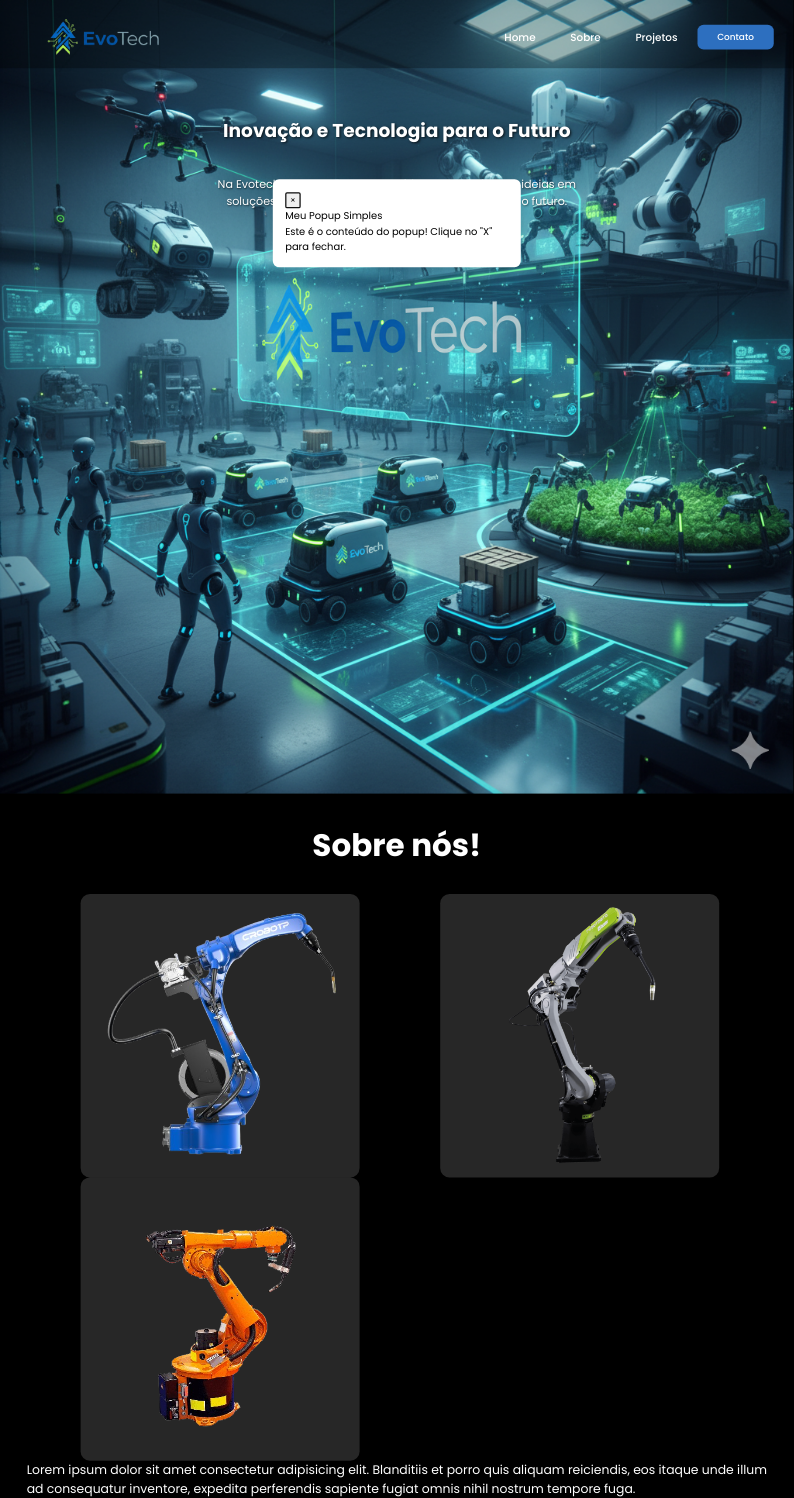
Repository: IsaacDEV10/EvoTech
Page: /, after clicking the first element matching `button.contact-btn`
These files come from the project's save history. The page is drawn as it stood at one moment and after a run of saves; the edit follows.
The browser window is 1280 px wide. The pictures show the whole page, at 62% of full size.
The project was rebuilt for these pictures with package versions that can differ from the ones it lists, and the page was loaded fresh each time. Also part of the build but not shown: vite.config.js, src/App.css.

Above is the page before, as saved 2025-10-23 08:20:26.

### index.html
<!doctype html>
<html lang="en">
  <head>
    <meta charset="UTF-8" />
    <link rel="icon" type="image/svg+xml" href="/vite.svg" />
    <meta name="viewport" content="width=device-width, initial-scale=1.0" />
    <title>startup</title>
  </head>
  <body>
    <div id="root"></div>
    <script type="module" src="/src/main.jsx"></script>
  </body>
</html>

### src/index.css
@import url('https://fonts.googleapis.com/css2?family=Poppins:ital,wght@0,100;0,200;0,300;0,400;0,500;0,600;0,700;0,800;0,900;1,100;1,200;1,300;1,400;1,500;1,600;1,700;1,800;1,900&display=swap');

* {
  font-family: "poppins", sans-serif;
  margin: 0;
  box-sizing: border-box;
}

body {
  background: black ;

}

### src/App.jsx
import React from 'react';
import './App.css';
import Header from './components/Header/header';
import Hero from './components/Hero/hero';
import About from './components/About/about';




const App = () => {
  return (
    <>
      <Header />
      <Hero />
      <About/>

    </>
  );
}

export default App;

### src/components/Header/header.jsx
import React from 'react'
import './header.css'
import logo from '../../assets/evotech.png'
import Contact from '../Contact/contact'


const Header = () => {
  return (
    <nav className='nav-wrapper'>
        <div className='nav-content'>
            <img className='logo' src={logo} alt="" />
            <ul>
                <li>
                    <a className='menu-item' href="">Home</a>
                </li>

                <li>
                    <a className='menu-item' href="">Sobre</a>
                </li>

                <li>
                    <a className='menu-item' href="">Projetos</a>
                </li>
                <Contact/>
            </ul>
        </div>
    </nav>
  )
}

export default Header

### src/components/Hero/hero.jsx
import React from "react";
import "./hero.css";
import heroImage from "../../assets/bg-evotech.png";

const Hero = () => {
  return (
    <section className="hero-container" id="home">
        <div className="hero-content">
            <img className="img-bg" src={heroImage} alt="hero" />
        </div>
        <div className="description">
            <h1>
                Inovação e Tecnologia para o Futuro
            </h1>
            <p>
                Na Evotech, estamos comprometidos em transformar ideias em soluções tecnológicas inovadoras que impulsionam o futuro. Junte-se a nós nessa jornada de inovação!
            </p>
        </div>
    </section>
  );
};

export default Hero;

### src/components/About/about.jsx
import React from "react";
import "./about.css";
import Robo1 from "../../assets/robo-1.png"
import Robo2 from "../../assets/robo-2.png"
import Robo3 from "../../assets/robo-3.png"

const About = () => {
    return (
        <section className="about-container" id="home">
            <div className="about-content">
                <h1>
                    Sobre nós!
                </h1>
                <div className="img-about">
                    <img src={Robo1} alt="robo" />
                </div>
                <div className="img-about">
                    <img src={Robo2} alt="robo" />
                </div>
                <div className="img-about">
                    <img src={Robo3} alt="robo" />
                </div>
                <div className="about-body">
                    <p>
                        Lorem ipsum dolor sit amet consectetur adipisicing elit. Blanditiis et porro quis aliquam reiciendis, eos itaque unde illum <br />ad consequatur inventore, expedita perferendis sapiente fugiat omnis nihil nostrum tempore fuga.
                    </p>
                </div>
            </div>
        </section>
    );
};

export default About;

### src/components/Header/header.css
.nav-wrapper {
    width: 100%;
    height: 110px;
    background-color: rgba(0, 0, 0, 0.293);
    padding: 5px;
    position: fixed;
    top: 0;
    z-index: 30;
}

.nav-content {
    max-width: 1850px;
    height: 120px;
    display: flex;
    align-items: center;
    justify-content: space-between;

}

.logo {
    width: 270px;
    height: auto;
}

.nav-content ul {
    display: flex;
    align-items: center;
    gap: 0.5rem;
    list-style: none;
}

.nav-content li {
    margin: 0 1.5rem;
}

.menu-item {
    text-decoration: none;
    font-size: 1.05rem;
    font-weight: 500;
    color: #ffff;
    position: relative;
    cursor: pointer;

}

.menu-item::before {
    content: " ";
    width: 2rem;
    height: 0.2rem;
    background: #2D6FBF;
    border-radius: 10px;
    position: absolute;
    bottom: -0.6rem;
    opacity: 0;
    transform: translateX(-1.5rem);
    transition: all 0.3s ease;
}

.menu-item:hover::before {
    width: 100%;
    transform: translateX(0);
    opacity: 1;
}

.contact-btn {
    font-size: 0.9rem;
    font-weight: 500;
    display: flex;
    align-items: center;
    justify-content: center;
    color: #fff;
    background:#2D6FBF;
    padding: 0.6rem 2rem;
    border: none;
    outline: 1.5px solid transparent;
    border-radius: 10px;
    cursor: pointer;
    transition: all 0.3s ease;
}

.contact-btn a {
    text-decoration: none;
    color: #fff;
}

.contact-btn:hover {
    color: black;
    background: #76F014;
    outline: 1.5px solid black;
}

.menu-btn {
    width: 2.5rem;
    height: 2.5rem;
    font-size: 1.5rem;
    display: flex;
    align-items: center;
    justify-content: center;
    color: #fff;
    border: none;
    border-radius: 0.4rem;
    background: linear-gradient(90deg, #6791fb 0%, #1e25ac 100%);
    line-height: 0;
    cursor: pointer;
    transition: all 0.4s ease;
    display: none;
}

.menu-btn:hover {
    color: #6791fb;
    background: #76F014;
    border: 1px solid transparent;
}

@media (max-width: 425px) {
    .logo {
        width: 100px;
        height: auto;
    }
    .nav-content ul {
        display: none;
        width: 100px;
    }
}

@media (max-width: 769px) {
    .menu-btn {
        display: block;
    }

    .nav-content ul {
        display: none;
        width: 100px;
    }
}

@media (max-width: 1325px) {
    .nav-wrapper {
        padding: 0 2rem;
    }
}

### src/components/Contact/contact.jsx
import React from 'react';
import Popup from 'reactjs-popup';
import './contact.css'

const Contact = () => (
  <Popup
    trigger={<button className="contact-btn"> Contato </button>}
    position="right center" // Posição onde o popup aparece
    modal // Faz com que ele se comporte como um modal (ocupa a tela toda)
  >
    {close => ( // O "close" é uma função para fechar o popup programaticamente
      <div className="modal">
        <button className="close" onClick={close}>
          &times;
        </button>
        <div className="header"> Meu Popup Simples </div>
        <div className="content">
          {' '}
          Este é o conteúdo do popup! Clique no "X" para fechar.
        </div>
      </div>
    )}
  </Popup>
);

export default Contact;

### src/components/Hero/hero.css
.hero-container {
    height: auto;
    width: 100%;
    position: relative;
    overflow: hidden;
}

.img-bg {
    width: 100%;
    height: 100%;
    object-fit: cover;
}

.description {
    position: absolute;
    top: 20%;
    left: 50%;
    transform: translate(-50%, -50%);
    display: flex;
    align-items: center;
    justify-content: center;
    flex-direction: column;
    color: #fff;
}

.description h1 {
    font-size: 30px;
    text-align: center;
    text-shadow: 2px 2px 4px rgba(0, 0, 0, 0.7);
}

.description p {
    font-size: 18px;
    margin-top: 10px;
    text-align: center;
    max-width: 600px;
    text-shadow: 1px 1px 3px rgba(0, 0, 0, 0.6);
}

### src/components/About/about.css

.about-container {
     height: auto;
    width: 100%;
    position: relative;
    overflow: hidden;
}

.about-body {
    display: flex;
    align-items: center;
    justify-content: center;
    flex-direction: column;
    color: #fff;
}

h1 {
    color: #ffff;
    font-size: 50px;
    display: flex;
    justify-content: center;
    margin-top: 40px;
    margin-bottom: 40px;

}

p {
    color: #ffff;
    font-size: 20px;
}

.img-about {
    display: inline-block;
    justify-content: space-between;
    margin-left: 130px;
    background-color: #ffffff27;
    border-radius: 15px;


}
.img-about img {
    width: 450px;
    height: 450px;
}

### src/components/Contact/contact.css
.contact-btn {
    font-size: 0.9rem;
    font-weight: 500;
    display: flex;
    align-items: center;
    justify-content: center;
    color: #fff;
    background:#2D6FBF;
    padding: 0.6rem 2rem;
    border: none;
    outline: 1.5px solid transparent;
    border-radius: 10px;
    cursor: pointer;
    transition: all 0.3s ease;
}

.contact-btn a {
    text-decoration: none;
    color: #fff;
}

.contact-btn:hover {
    color: black;
    background: #76F014;
    outline: 1.5px solid black;
}

.modal {
    background-color: #fff;
    width: 400px;
    height: auto;
    padding: 20px;
    border-radius: 10px;
    box-shadow: 0 2px 10px rgba(0, 0, 0, 0.1);
}

.close-button {
    background-color: #ff5c5c;
    color: #fff;
    border: none;
    border-radius: 50%;
    width: 30px;
    height: 30px;
    font-size: 16px;
    cursor: pointer;
    position: absolute;
    top: 10px;
    right: 10px;
}

Loaded but not shown: src/main.jsx (common file)

After the next 2 saves:
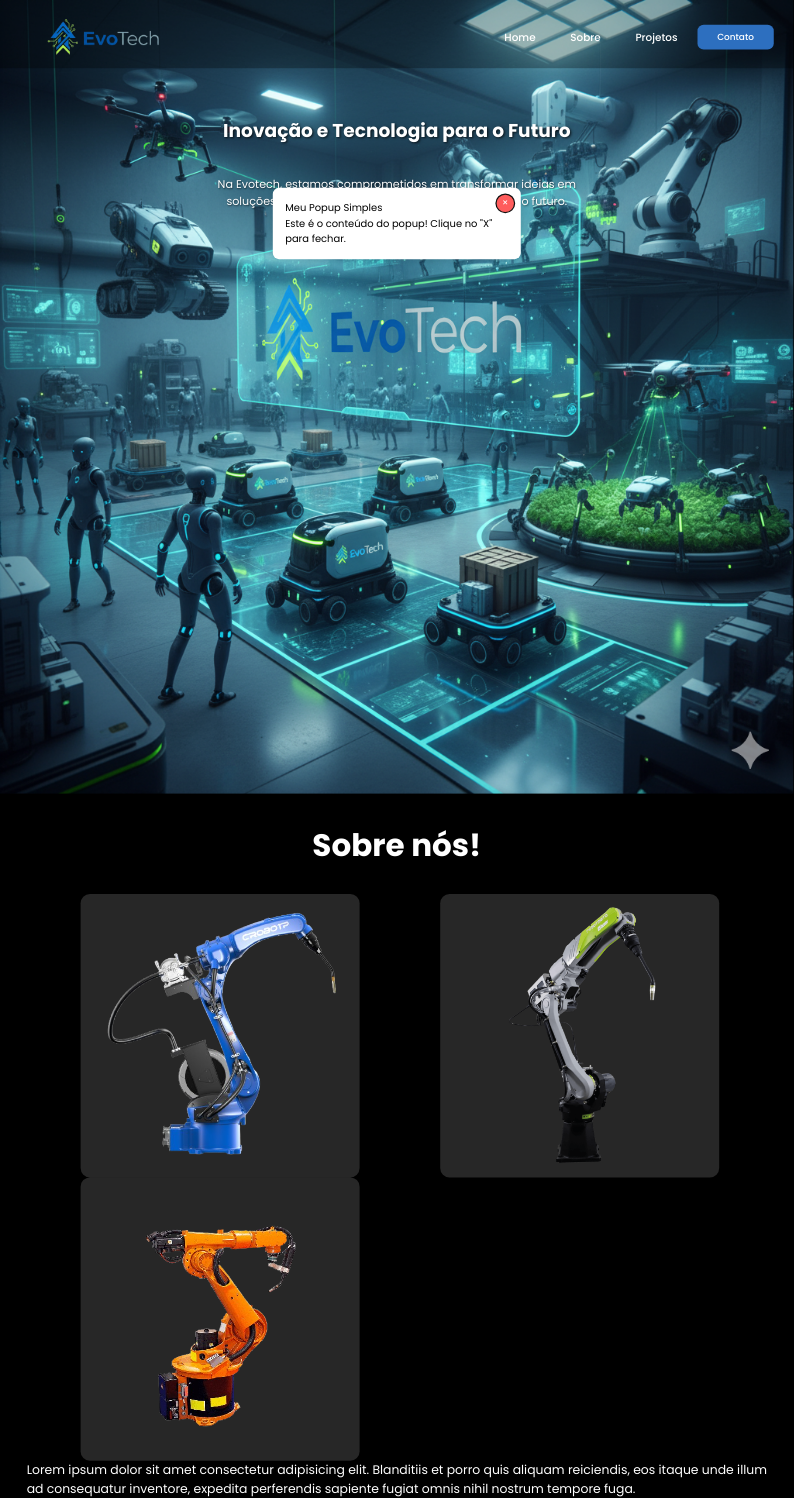
The 2 saves are shown as one change because they came seconds apart.
The last was saved 10 s later.
--- a/src/components/Contact/contact.css
+++ b/src/components/Contact/contact.css
@@ -34,7 +34,7 @@
     box-shadow: 0 2px 10px rgba(0, 0, 0, 0.1);
 }
 
-.close-button {
+.close {
     background-color: #ff5c5c;
     color: #fff;
     border: none;
